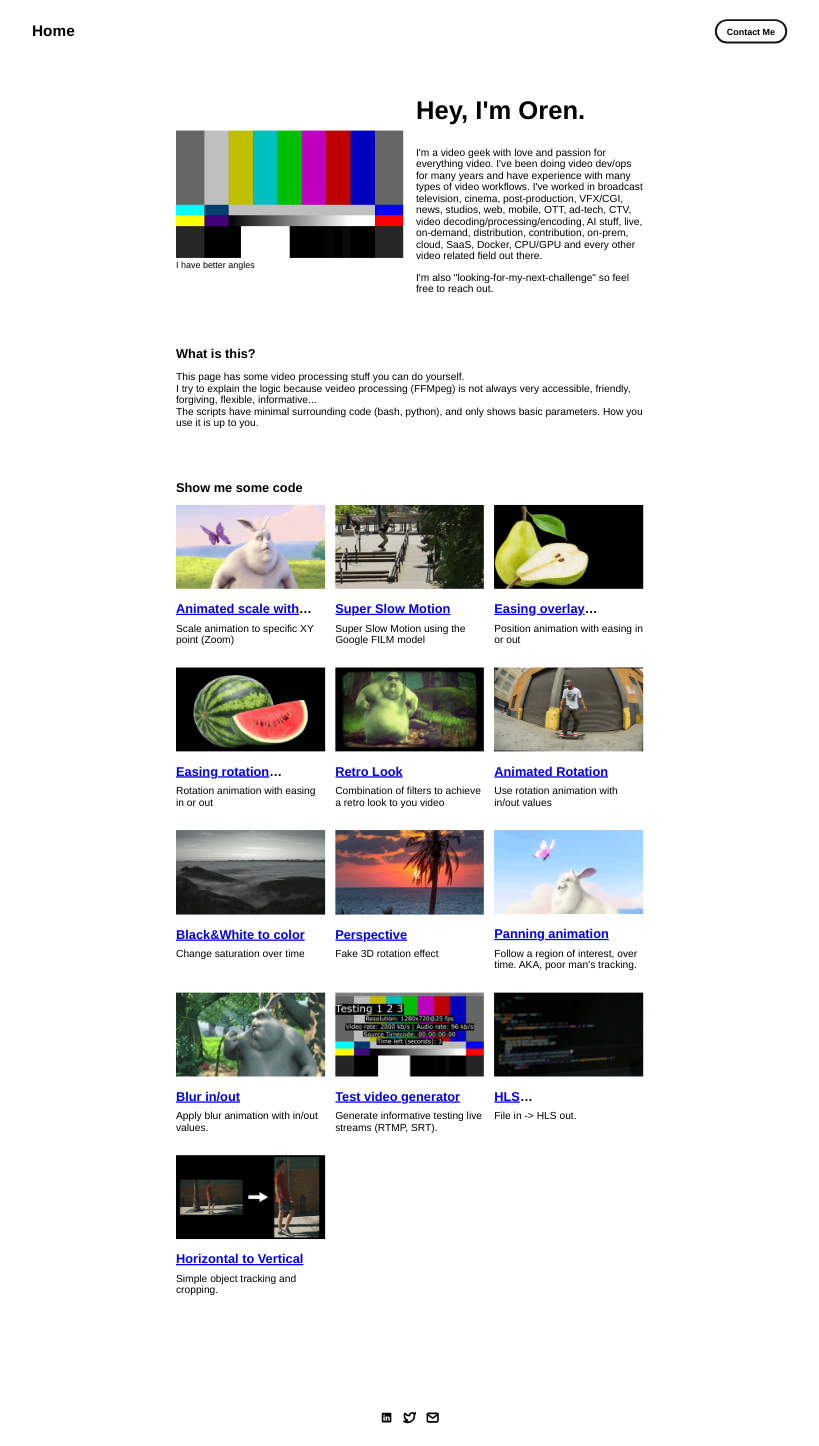
Repository: OrenShalmy/orenshalmy.github.io
Page: index.html
An editor plug-in stored every save of this project. The page is shown before and after the next save, followed by the edit.
The browser window is 1280 px wide. The pictures show the whole page, at 64% of full size.

Above is the page before, as saved 2024-09-13 16:56:25.

After the next save:
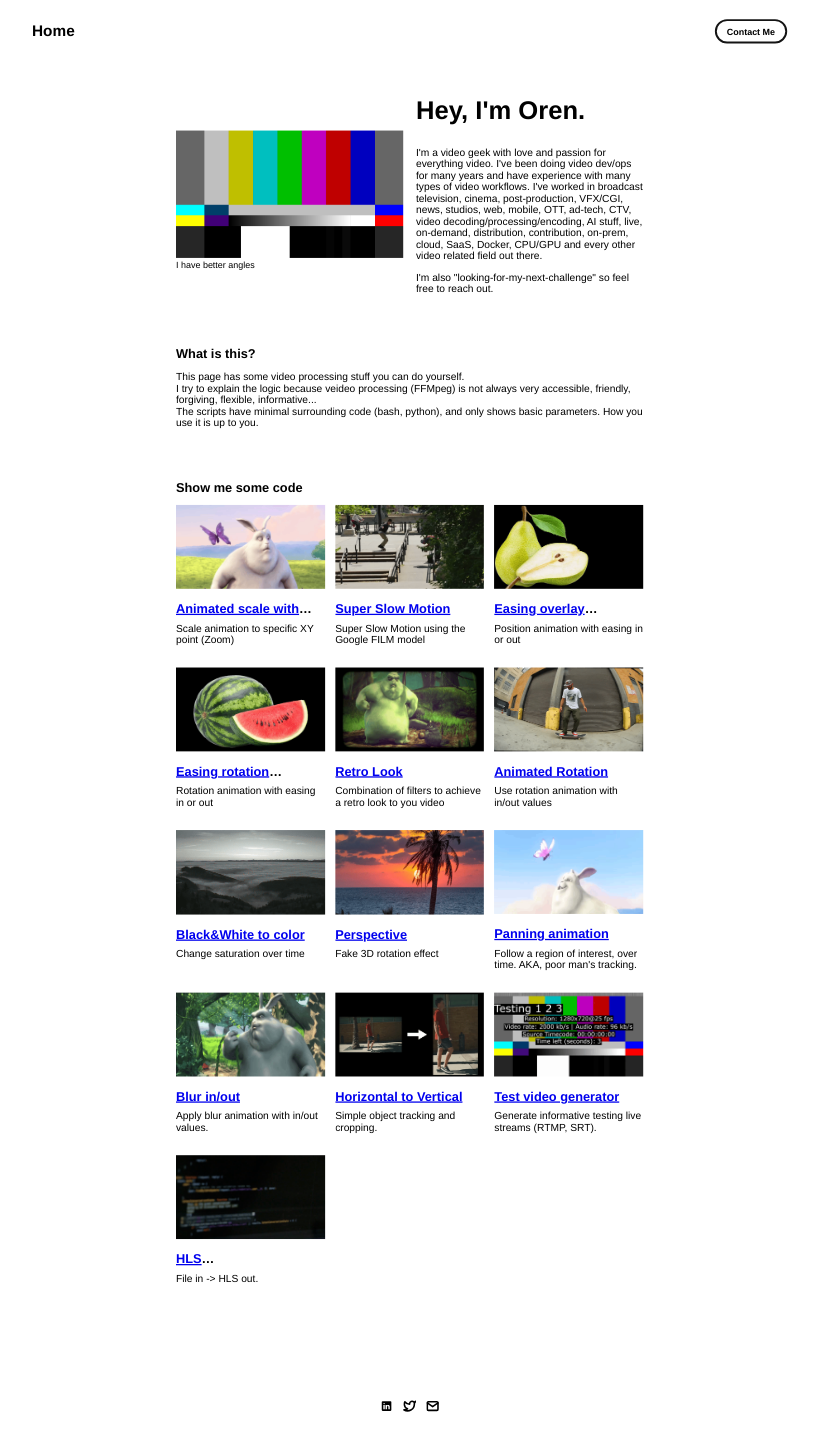
Saved 51 s later.
--- a/index.html
+++ b/index.html
@@ -145,6 +145,14 @@
           </div>
 
           <div class="project-card">
+            <img src="assets/media/h2v.gif">
+            <div class="project-card-text-container">
+                <div class="subheader-text project-title"><a href="project-pages/h2v.html">Horizontal to Vertical</a></div>
+                <div class="body-text project-card-text">Simple object tracking and cropping.</div>
+            </div>
+        </div>
+
+          <div class="project-card">
               <img src="assets/media/testpattern.gif">
               <div class="project-card-text-container">
               <div class="subheader-text project-title"><a href="project-pages/testpattern.html">Test video generator</a></div>
@@ -159,14 +167,6 @@
                   <div class="body-text project-card-text">File in -> HLS out.</div>
               </div>
           </div>
-
-          <div class="project-card">
-            <img src="assets/media/h2v.gif">
-            <div class="project-card-text-container">
-                <div class="subheader-text project-title"><a href="project-pages/h2v.html">Horizontal to Vertical</a></div>
-                <div class="body-text project-card-text">Simple object tracking and cropping.</div>
-            </div>
-        </div>
 
           <!-- <div class="project-card">
               <img src="assets/media/zoomscene.gif">
